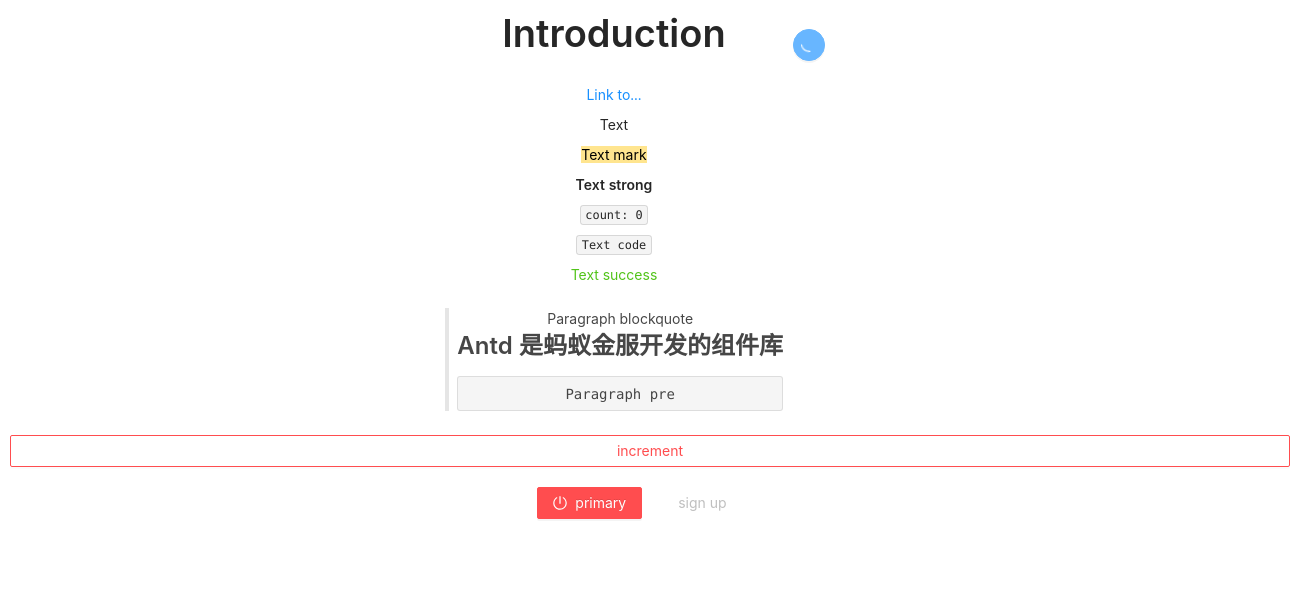
Repository: ErosHai/antd-demo
Page: /
The author's editor kept a copy of each file at every save. The page is drawn from the files as they stood at one save, then again after the next save.
The browser window is 1280 px wide. The page is 1300 px wide, so the pictures cover 1300 px, including what lies to the right of the window. The pictures show the whole page.
The project was rebuilt for these pictures with package versions that can differ from the ones it lists, and the page was loaded fresh each time.

Above is the page before, as saved 2022-04-12 15:42:01.

### src/index.js
import React from 'react'
import { createRoot } from 'react-dom/client'
import './index.css'
import App from './App'
import reportWebVitals from './reportWebVitals'

const root = createRoot(document.getElementById('root'))
root.render(<App />)

// If you want to start measuring performance in your app, pass a function
// to log results (for example: reportWebVitals(console.log))
// or send to an analytics endpoint. Learn more: https://bit.ly/CRA-vitals
reportWebVitals()

### src/App.js
import './App.css'
import { Button, Tooltip, Typography, Space } from 'antd'
import { BlockOutlined, SearchOutlined } from '@ant-design/icons'
import { useState } from 'react'
import { PoweroffOutlined } from '@ant-design/icons'

function App() {
	const [count, setCount] = useState(0)

	const { Title, Paragraph, Link, Text } = Typography

	const blockContent = `  Antd 是蚂蚁金服开发的组件库`

	return (
		<div className="App">
			<Space direction="vertical">
				<Title>Introduction</Title>
				<Link href="https://www.baidu.com">Link to...</Link>
				<Text>Text</Text>
				<Text mark>Text mark</Text>
				<Text strong>Text strong</Text>
				<Text code> {`count: ${count}`} </Text>
				<Text code>Text code</Text>
				<Text type="success">Text success</Text>
				<Paragraph>
					<blockquote>
						Paragraph blockquote
						<Title level={3}> {blockContent} </Title>
						<pre>Paragraph pre</pre>
					</blockquote>
				</Paragraph>
			</Space>

			<Tooltip title="search">
				<Button
					type="primary"
					shape="circle"
					loading="true"
					icon={<SearchOutlined />}
				></Button>
			</Tooltip>
			<Button
				type="default"
				onClick={() => {
					setCount(count + 1)
				}}
				block
				ghost
				danger
			>
				increment
			</Button>
			<Button type="primary" danger icon={<PoweroffOutlined />}>
				primary
			</Button>
			<Button type="text" disabled>
				sign up
			</Button>
		</div>
	)
}

export default App

### src/App.css
@import '~antd/dist/antd.css';

.App {
  text-align: center;
  /* background-color: #282c34; */
  padding:10px 0px;

}

.App button {
  margin:  10px;
}
.App-logo {
  height: 40vmin;
  pointer-events: none;
}

@media (prefers-reduced-motion: no-preference) {
  .App-logo {
    animation: App-logo-spin infinite 20s linear;
  }
}

.App-header {
  background-color: #282c34;
  min-height: 100vh;
  display: flex;
  flex-direction: column;
  align-items: center;
  justify-content: center;
  font-size: calc(10px + 2vmin);
  color: white;
}

.App-link {
  color: #61dafb;
}

@keyframes App-logo-spin {
  from {
    transform: rotate(0deg);
  }
  to {
    transform: rotate(360deg);
  }
}

Loaded but not shown: public/index.html (common file); src/index.css (common file); src/reportWebVitals.js (common file)

After the next save:
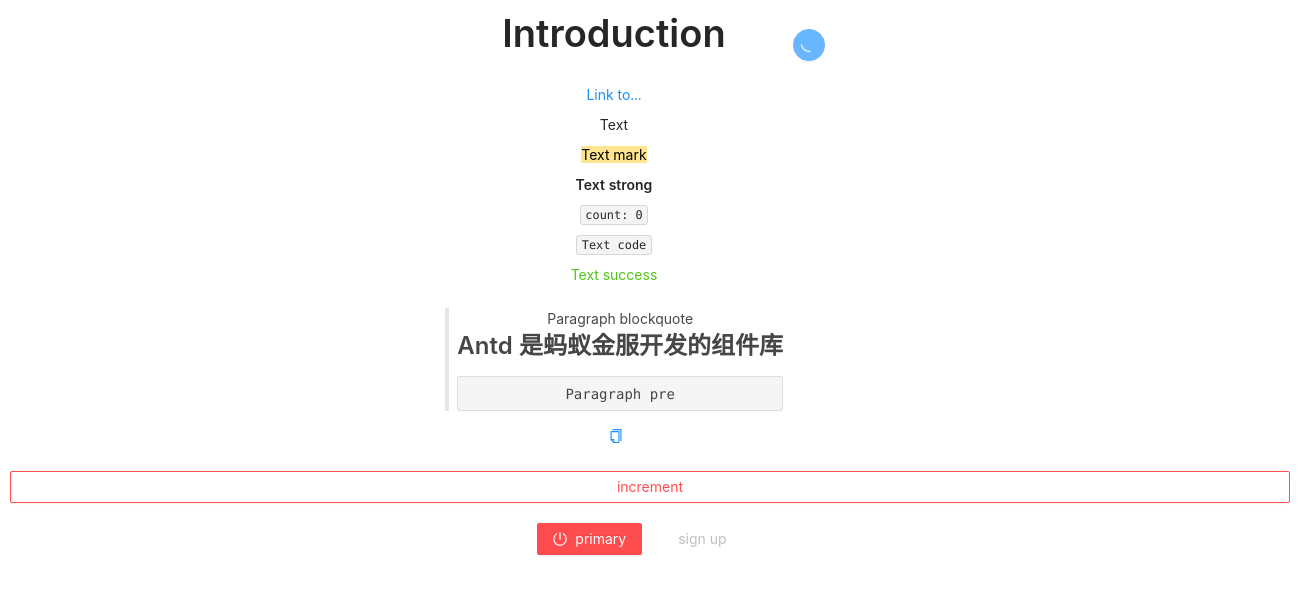
Saved 4 min 13 s later.
--- a/src/App.js
+++ b/src/App.js
@@ -22,7 +22,7 @@ function App() {
 				<Text code> {`count: ${count}`} </Text>
 				<Text code>Text code</Text>
 				<Text type="success">Text success</Text>
-				<Paragraph>
+				<Paragraph copyable>
 					<blockquote>
 						Paragraph blockquote
 						<Title level={3}> {blockContent} </Title>
